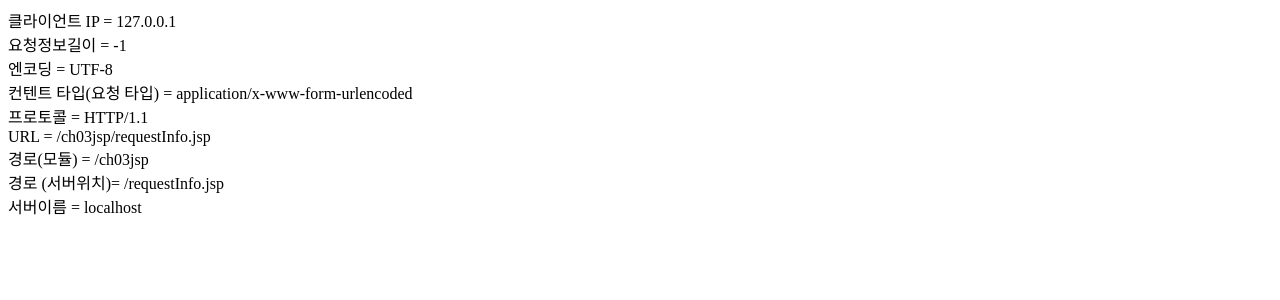
Repository: xo461/test
Page: http://localhost/ch03jsp/requestInfo.jsp
These files come from the project's save history. The page is drawn as it stood at one moment and after the next save; the edit follows.
The browser window is 1280 px wide. The pictures show the whole page.
The page is served by Tomcat 9.

Above is the page before, as saved 2019-11-13 01:53:51.

### jsp/ch03jsp/WebContent/requestInfo.jsp
<%@ page language="java" contentType="text/html; charset=UTF-8"
    pageEncoding="UTF-8"%>
<!DOCTYPE html>
<html>
<head>
<meta http-equiv="Content-Type" content="text/html; charset=UTF-8">
<title>클라이언트 및 서버 정보 </title>
</head>
<body>
<!-- JSP 기본객체 : JSP 프로그램에서 생성을 하지 않더라도 이미 생성이 되어서 사용 할 수 있는 객체 변수 예)request -->
클라이언트 IP = <%= request.getRemoteAddr()%><br/>
<% System.out.println(request.getRemoteAddr()); %>
요청정보길이 = <%= request.getContentLengthLong() %><br/>
<!-- 한글처리 utf-8 -->
<% request.setCharacterEncoding("utf-8"); %>
엔코딩 = <%= request.getCharacterEncoding() %><br/>
컨텐트 타입(요청 타입) = <%= request.getContentType() %><br/>
프로토콜 = <%= request.getProtocol() %><br/>
URL = <%= request.getRequestURI() %><br/>
경로(모듈) = <%= request.getContextPath() %><br/>
경로 (서버위치)= <%= request.getServletPath() %><br/>
서버이름 = <%= request.getServerName() %><br/>
</body>
</html>

After the next save:
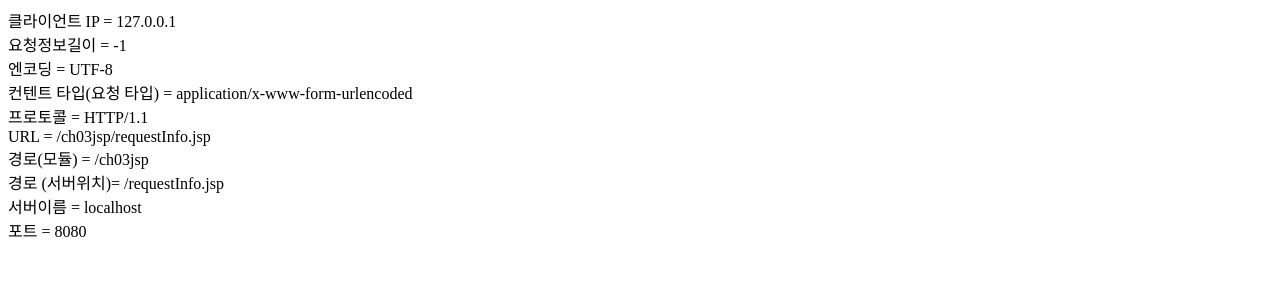
Saved 48 s later.
--- a/jsp/ch03jsp/WebContent/requestInfo.jsp
+++ b/jsp/ch03jsp/WebContent/requestInfo.jsp
@@ -20,5 +20,6 @@ URL = <%= request.getRequestURI() %><br/>
 경로(모듈) = <%= request.getContextPath() %><br/>
 경로 (서버위치)= <%= request.getServletPath() %><br/>
 서버이름 = <%= request.getServerName() %><br/>
+포트 = <%= request.getServerPort() %><br/>
 </body>
 </html>
